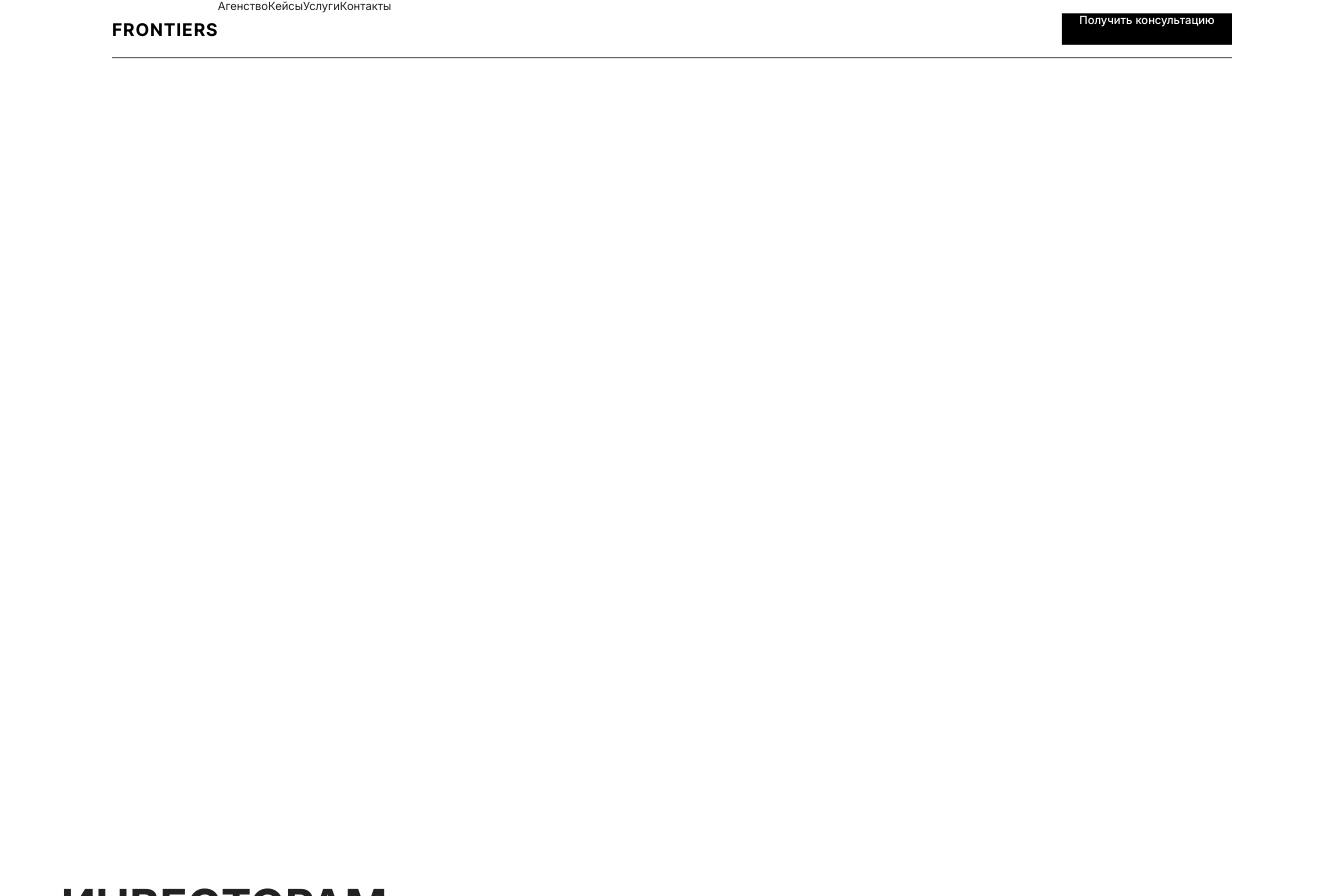
Repository: NadyaKorvin/frontiers
Page: /
These files come from the project's save history. The page is drawn as it stood at one moment and after the next save; the edit follows.
The browser window is 1280 px wide. The page is 1920 px wide, so the pictures cover 1920 px, including what lies to the right of the window. The pictures show the part of the page from y = 0 to 1280 px (the page is 1728 px tall), at 70% of full size.
The project was rebuilt for these pictures with package versions that can differ from the ones it lists, and the page was loaded fresh each time.

Above is the page before, as saved 2022-05-23 03:07:27.

After the next save:
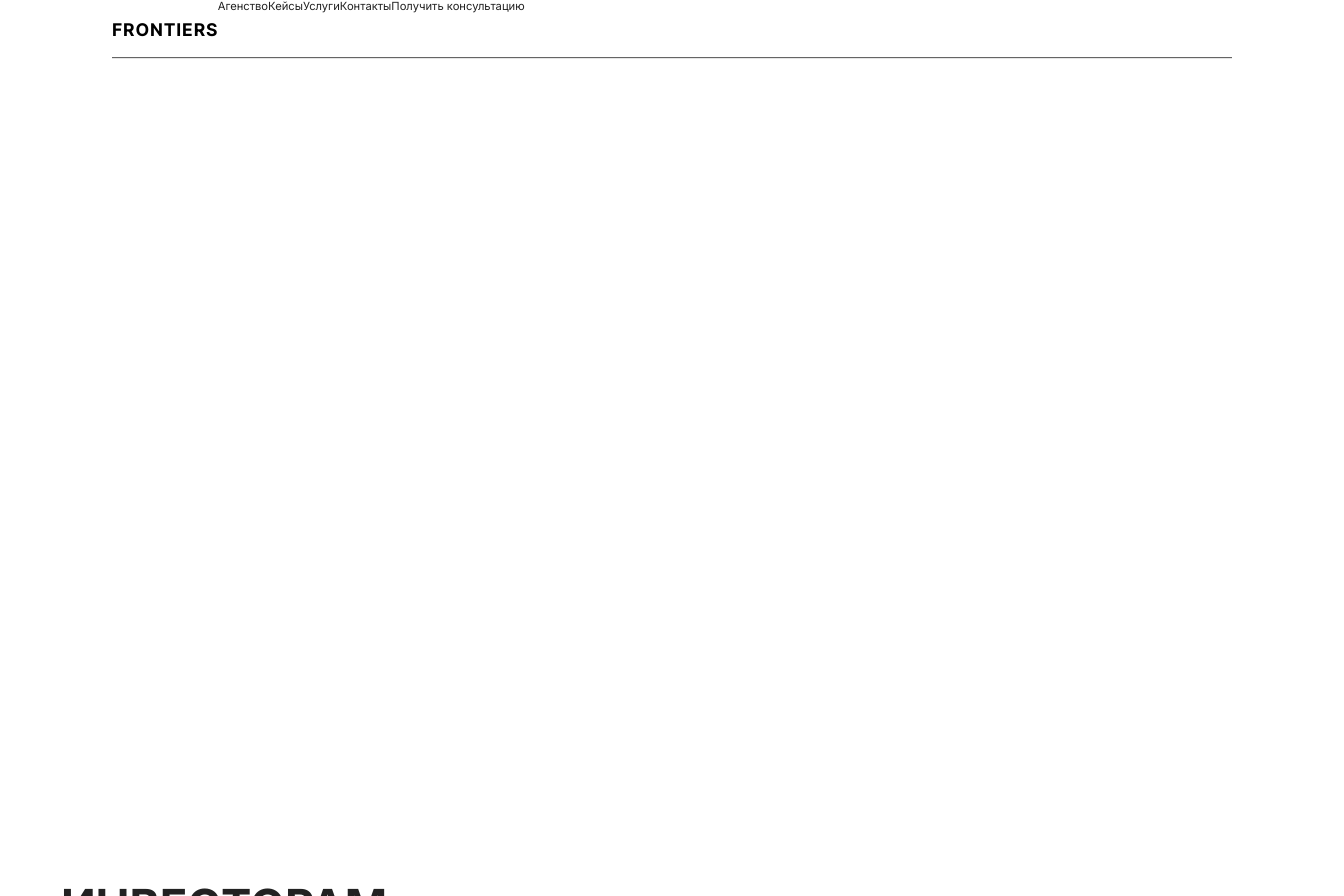
Saved 18 min 59 s later.
--- a/src/components/firstScreen/FirstScreen.module.css
+++ b/src/components/firstScreen/FirstScreen.module.css
@@ -30,6 +30,8 @@
   display: flex;
 }
 
+nav__sidebar
+
 .button {
   position: absolute;
   width: 243px;

After the save that followed:
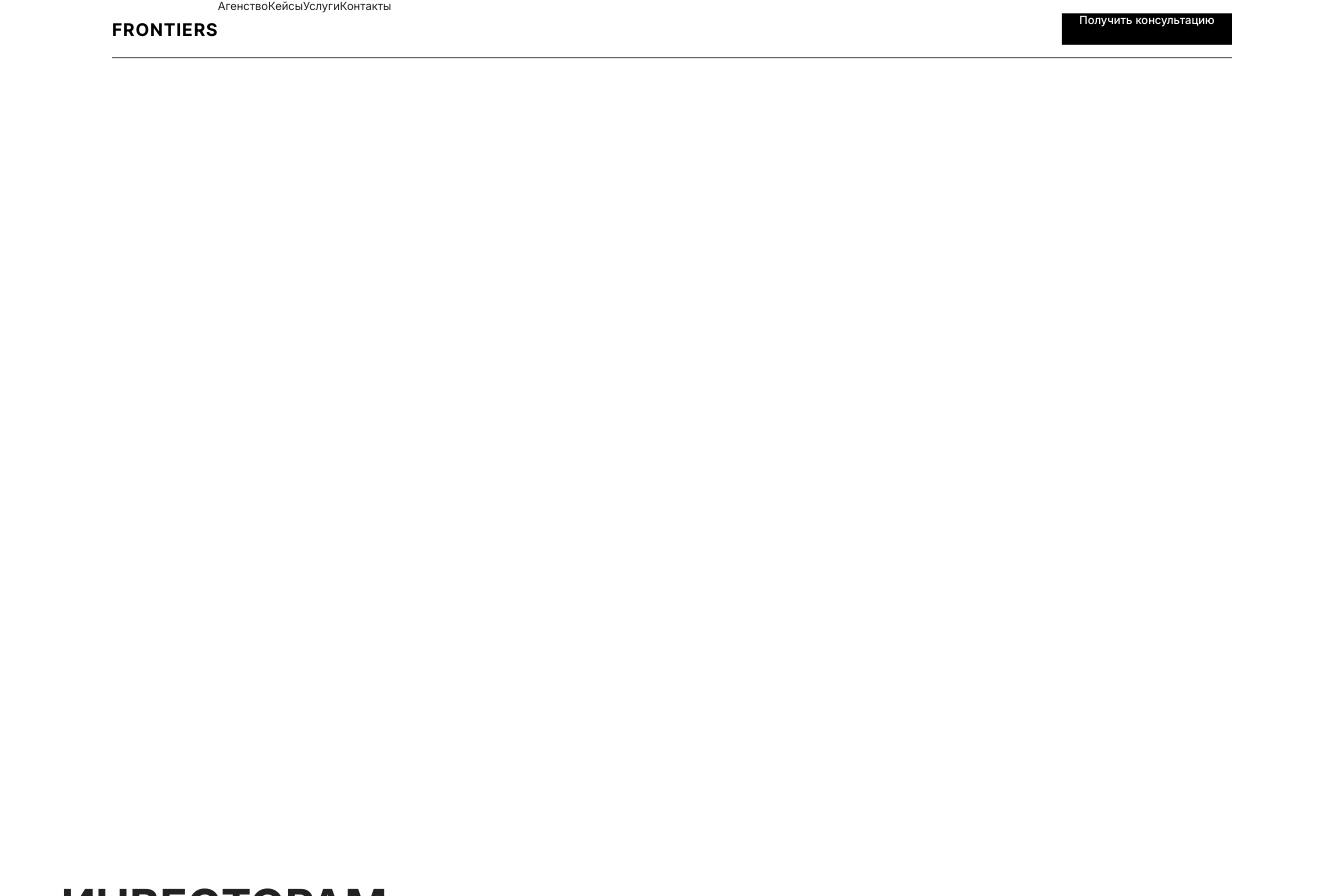
Saved 6 s later.
--- a/src/components/firstScreen/FirstScreen.module.css
+++ b/src/components/firstScreen/FirstScreen.module.css
@@ -30,7 +30,9 @@
   display: flex;
 }
 
-nav__sidebar
+.nav__sidebar {
+
+}
 
 .button {
   position: absolute;
